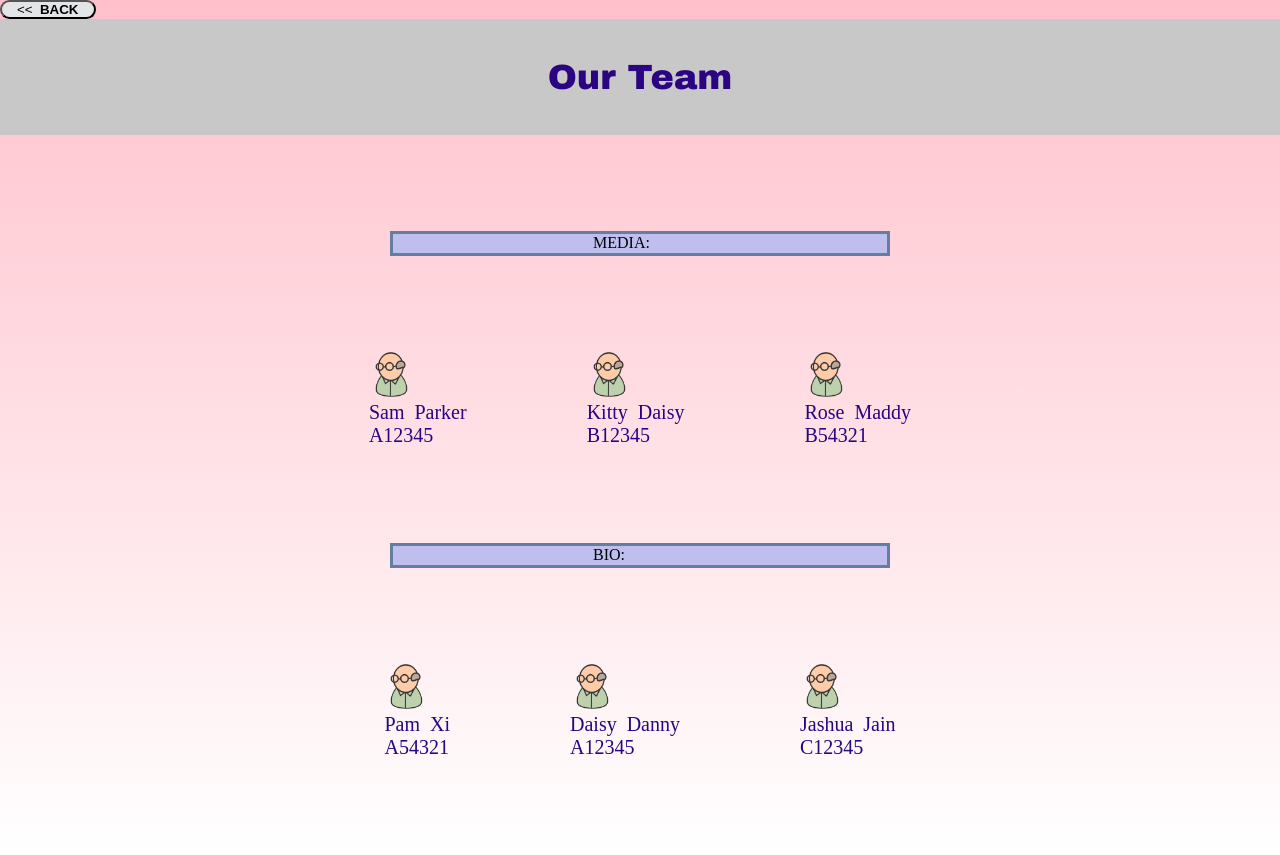
Repository: anoncoderin/madhu-assignment3
Page: /about
These files come from the project's save history. The page is drawn as it stood at one moment and after the next save; the edit follows.
The browser window is 1280 px wide. The pictures show the whole page.
The project was rebuilt for these pictures with package versions that can differ from the ones it lists, and the page was loaded fresh each time. The framework's server and built-in components were replaced by stand-ins that run in the browser. Also part of the build but not shown: next.config.js.

Above is the page before, as saved 2023-01-22 22:47:17.

### pages/about.js
import data from '../data/employee.json'
import { useState } from 'react'
import Link from 'next/link'
import Employee from '../components/Employee'
import styles from '@/styles/about.module.css'



export default function About() {
    console.log(data);
    const [information, setInformation] = useState([...data])
    return (

        <>
            <Link href="/"><button className={styles.button}>&lt;&lt;&nbsp;&nbsp;<b>BACK</b></button></Link>

            <div className={styles.header}>Our Team</div>

            <div className={styles.main}>
            <div className={styles.record}>MEDIA:</div>

            <div className={styles.row}>
            {

                information && information.map((info, index) => {
                    if (info.department === "Media") {
                        return (
                            <Employee key={index} employeeNumber={info.employeeNumber}
                                firstName={info.firstName}
                                lastName={info.lastName}
                            >
                            </Employee>

                        )
                    }

                }
                )
            }
            </div>

            <div className={styles.record}>BIO:</div>
            <div className={styles.row}>
            {
                information && information.map((info, index) => {
                    if (info.department === "Bio") {
                        return (
                            <Employee key={index} employeeNumber={info.employeeNumber}
                                firstName={info.firstName}
                                lastName={info.lastName}
                            >
                            </Employee>

                        )
                    }
                }
                )
            }
            </div>
            </div>

        </>

    )
}

### styles/globals.css
:root {
  --max-width: 1100px;
  --border-radius: 12px;
  --font-mono: ui-monospace, Menlo, Monaco, 'Cascadia Mono', 'Segoe UI Mono',
    'Roboto Mono', 'Oxygen Mono', 'Ubuntu Monospace', 'Source Code Pro',
    'Fira Mono', 'Droid Sans Mono', 'Courier New', monospace;

  --foreground-rgb: 0, 0, 0;
  --background-start-rgb: 255, 192, 203;
  --background-end-rgb: 255, 255, 255;

  --primary-glow: conic-gradient(
    from 180deg at 50% 50%,
    hsla(78, 61%, 87%, 0.2) 0deg,
    #0885ff33 55deg,
    #54d6ff33 120deg,
    #0071ff33 160deg,
    transparent 360deg
  );
  --secondary-glow: radial-gradient(
    rgba(255, 255, 255, 1),
    rgba(255, 255, 255, 0)
  );

  --tile-start-rgb: 239, 245, 249;
  --tile-end-rgb: 228, 232, 233;
  --tile-border: conic-gradient(
    #00000080,
    #00000040,
    #00000030,
    #00000020,
    #00000010,
    #00000010,
    #00000080
  );

  --callout-rgb: 238, 240, 241;
  --callout-border-rgb: 172, 175, 176;
  --card-rgb: 180, 185, 188;
  --card-border-rgb: 131, 134, 135;
}

@media (prefers-color-scheme: dark) {
  :root {
    --foreground-rgb: 255, 255, 255;
    --background-start-rgb: 0, 0, 0;
    --background-end-rgb: 0, 0, 0;

    --primary-glow: radial-gradient(rgba(1, 65, 255, 0.4), rgba(1, 65, 255, 0));
    --secondary-glow: linear-gradient(
      to bottom right,
      rgba(1, 65, 255, 0),
      rgba(1, 65, 255, 0),
      rgba(1, 65, 255, 0.3)
    );

    --tile-start-rgb: 2, 13, 46;
    --tile-end-rgb: 2, 5, 19;
    --tile-border: conic-gradient(
      #ffffff80,
      #ffffff40,
      #ffffff30,
      #ffffff20,
      #ffffff10,
      #ffffff10,
      #ffffff80
    );

    --callout-rgb: 20, 20, 20;
    --callout-border-rgb: 108, 108, 108;
    --card-rgb: 100, 100, 100;
    --card-border-rgb: 200, 200, 200;
  }
}

* {
  box-sizing: border-box;
  padding: 0;
  margin: 0;
}

html,
body {
  max-width: 100vw;
  overflow-x: hidden;
}

body {
  color: rgb(var(--foreground-rgb));
  background: linear-gradient(
      to bottom,
      transparent,
      rgb(var(--background-end-rgb))
    )
    rgb(var(--background-start-rgb));
}

a {
  color: inherit;
  text-decoration: none;
}

@media (prefers-color-scheme: dark) {
  html {
    color-scheme: dark;
  }
}

### data/employee.json

[
{
    "employeeNumber": "A12345",
    "firstName": "Sam",
    "lastName": "Parker",
    "department": "Media"
},
{
    "employeeNumber": "A54321",
    "firstName": "Pam",
    "lastName": "Xi",
    "department": "Bio"
},
{
    "employeeNumber": "B12345",
    "firstName": "Kitty",
    "lastName": "Daisy",
    "department": "Media"
},
{
    "employeeNumber": "B54321",
    "firstName": "Rose",
    "lastName": "Maddy",
    "department": "Media"
},
{
    "employeeNumber": "A12345",
    "firstName": "Daisy",
    "lastName": "Danny",
    "department": "Bio"
},
{
    "employeeNumber": "C12345",
    "firstName": "Jashua",
    "lastName": "Jain",
    "department": "Bio"
}





]

### components/Employee/index.js
import styles from '@/styles/about.module.css'
export default function Employee(
    {
        employeeNumber = "none",
        firstName = "none",
        lastName = "none",
        department = "none",
        image = 'icon/personThree.png'
    }
) {
    return (
        <div>
            <div>
                <img src={image} width="45px"></img>
            </div>

            <div className={styles.dpt}>
                <p> {firstName} &nbsp;
                    {lastName}<br></br>
                    {employeeNumber}
                </p>
            </div>
        </div>
    )
}

### styles/about.module.css
.header{
    display: flex;
    flex-direction: column;
    justify-content: space-between;
    align-items: center;
        padding: 39px;
    background-color: rgb(201, 200, 200);
    color: rgb(42, 4, 129);

    font-size: 35px;
    margin: 45;
    font-family: arial black;

}



.main {
    display: flex;
    flex-direction: column;
    justify-content: space-between;
    align-items: center;
    padding: 6rem;
    min-height: 100vh;
  }

  .dpt{
    color: rgb(42, 4, 129) ;
    font-size: 20px;

  }

  .record{
    padding-left: 200px;
    height: 25px;
    width: 500px;
    background-color: #bebeef;
    border-style:solid;
    border-color:#657d9f;
  }

  .row{
    display: flex;
    flex-direction: row;
    justify-content:space-evenly;
    gap: 120px;

  }
  .button{
    padding-left: 15px;
    padding-right: 15px;

    border-radius: 10px;
    background-color: #e4e5e6;
  }

Loaded but not shown: pages/_app.js (common file); pages/_document.js (common file)

After the next save:
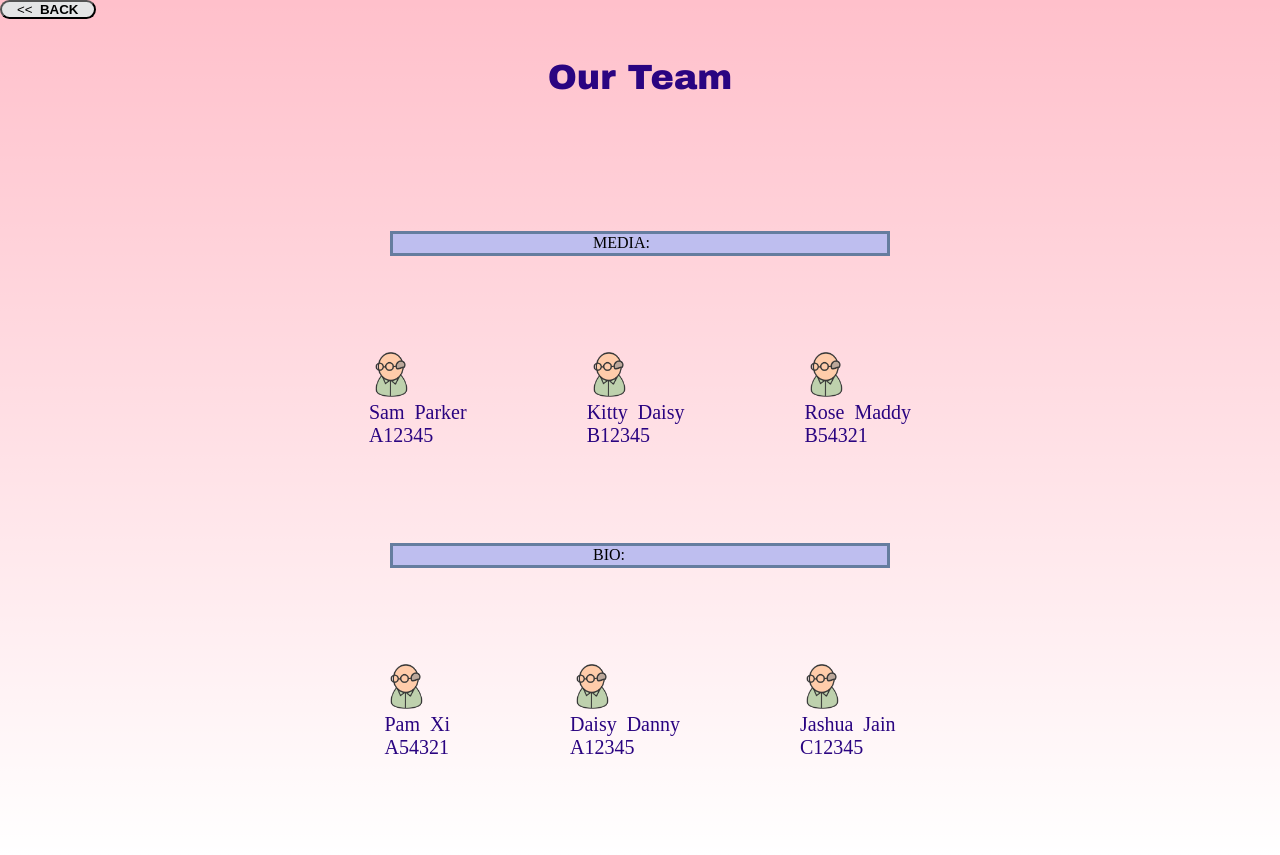
Saved 34 s later.
--- a/styles/about.module.css
+++ b/styles/about.module.css
@@ -4,7 +4,7 @@
     justify-content: space-between;
     align-items: center;
         padding: 39px;
-    background-color: rgb(201, 200, 200);
+    background-color: rgb(147, 147, 147));
     color: rgb(42, 4, 129);
 
     font-size: 35px;
